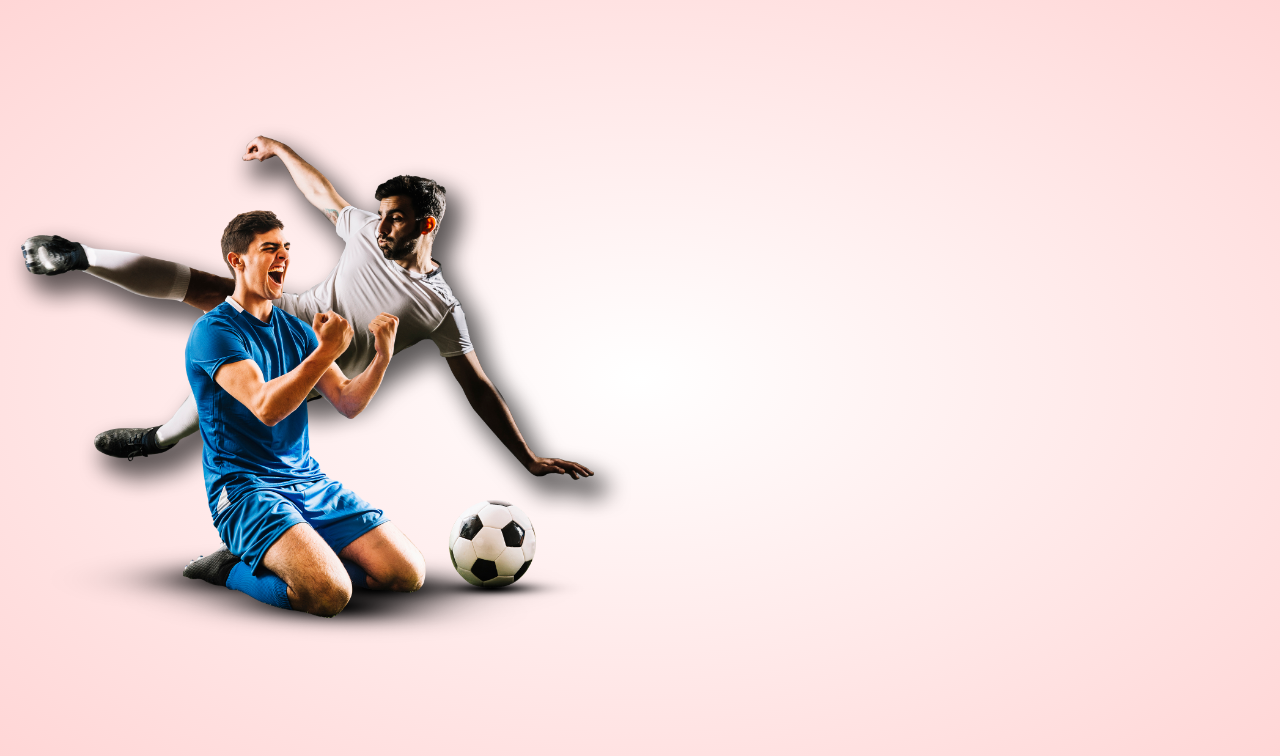
Repository: ritikalohia/tepid-frontend
Page: account.html
The author's editor kept a copy of each file at every save. The page is drawn from the files as they stood at one save, then again after a run of saves.
The browser window is 1280 px wide. The pictures show the whole page.

Above is the page before, as saved 2021-06-09 12:21:00.

After the next 2 saves:
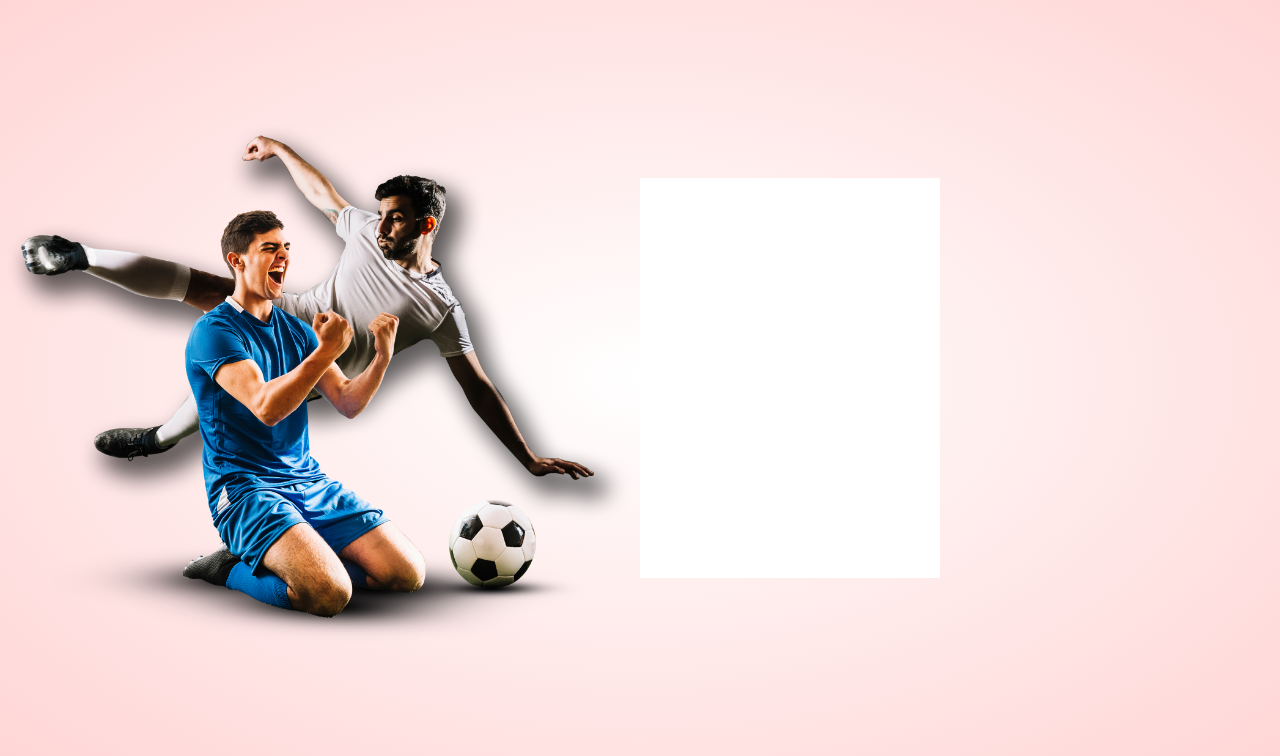
The 2 saves are shown as one change because they came seconds apart.
The last was saved 14 s later.
--- a/style.css
+++ b/style.css
@@ -535,5 +535,8 @@ th:last-child{
 
 .form-container{
     background: #fff;
-    width: ;
-}
+    width: 300px;
+    height: 400px;
+    position: relative;
+
+}
